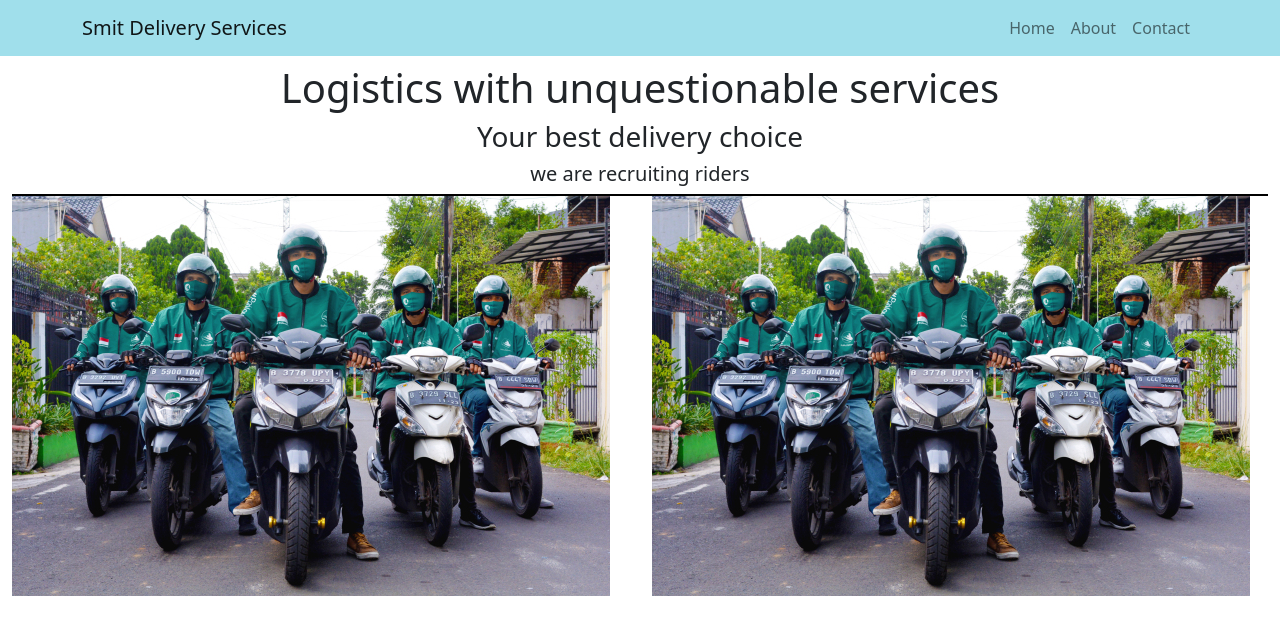
Repository: smit1298/logistic
Page: /
These files come from the project's save history. The page is drawn as it stood at one moment and after a run of saves; the edit follows.
The browser window is 1280 px wide. The pictures show the whole page.
The project was rebuilt for these pictures with package versions that can differ from the ones it lists, and the page was loaded fresh each time.

Above is the page before, as saved 2021-10-04 02:54:34.

After the next 2 saves:
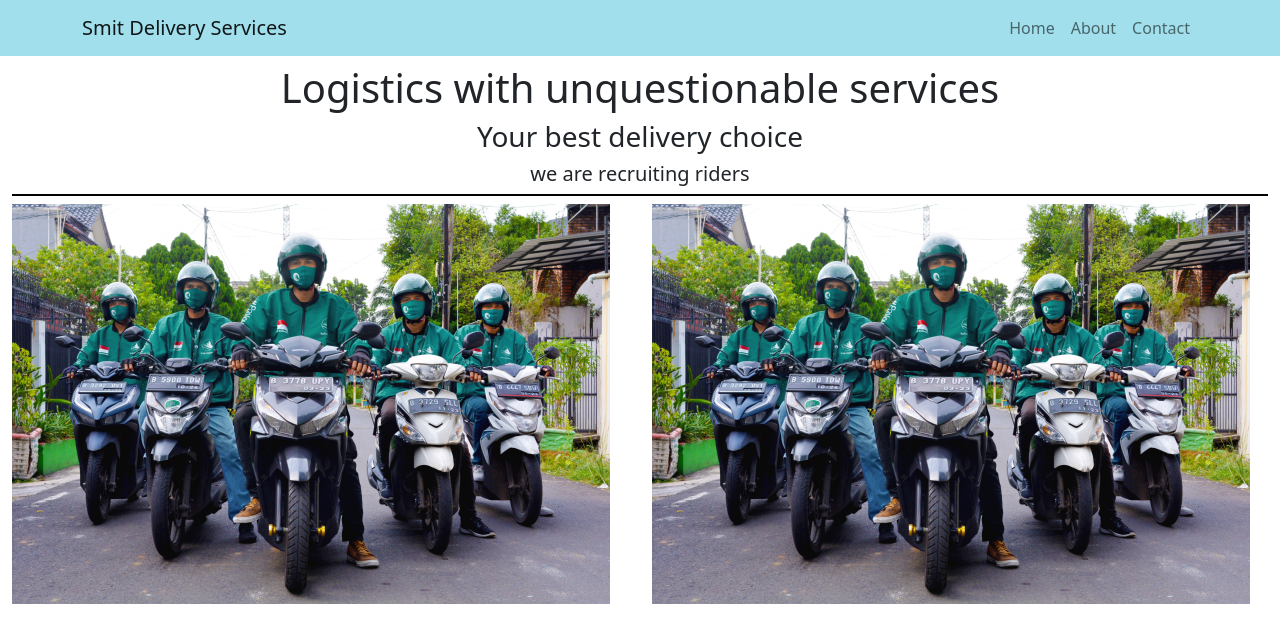
The 2 saves are shown as one change because 1 did not build or start.
The last was saved 38 s later.
--- a/src/components/recruit/RecruitForm.jsx
+++ b/src/components/recruit/RecruitForm.jsx
@@ -12,7 +12,7 @@ const recruitForm = () => {
         <h3 className="text-center">Your best delivery choice</h3>
         <h5 className="text-center">we are recruiting riders</h5>
       </div>
-      <Row mt-2>
+      <Row className='mt-2'>
         <Col><img src={Left} alt="" /></Col>
         <Col><img src={Left} alt="" /></Col>
       </Row>
